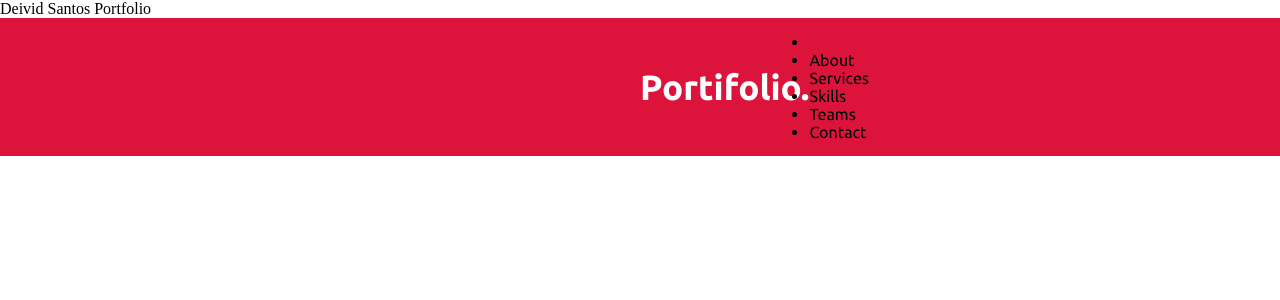
Repository: deividwsantoss/portfolio
Page: index.html
An editor plug-in stored every save of this project. The page is shown before and after the next save, followed by the edit.
The browser window is 1280 px wide. The pictures show the whole page.
Some web libraries are served in a nearby version.

Above is the page before, as saved 2021-03-01 17:29:31.

After the next save:
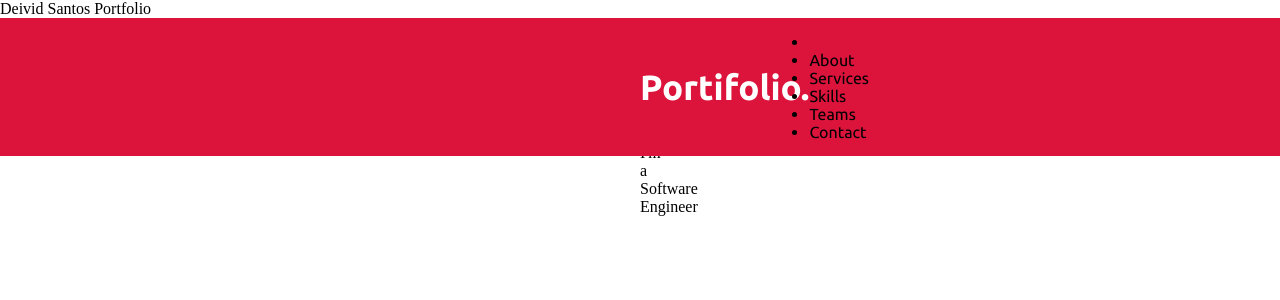
Saved 4 min 42 s later.
--- a/index.html
+++ b/index.html
@@ -24,5 +24,16 @@
 
     </nav>
 
+    <!-- Home Section Start -->
+    <section class="home" id="home">
+        <div class="max-width">
+            <div class="home-content">
+                <div class="text-1">Hello, my name is </div>
+                <div class="text-1">Deivid Santos </div>
+                <div class="text-1">And I'm a <span>Software Engineer</span></div>
+            </div>
+        </div>
+    </section>
+
 </body>
 </html>
